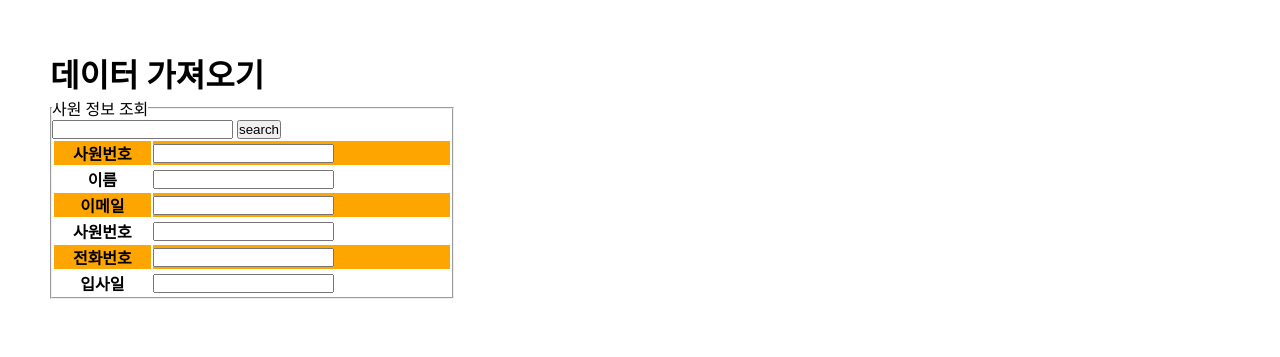
Repository: lafayetteey/WorkSpace
Page: workspace_jq_Ajax/UI_JQ_Ajax/WebContent/jq21_ajax.html
These files come from the project's save history. The page is drawn as it stood at one moment and after the next save; the edit follows.
The browser window is 1280 px wide. The pictures show the whole page.

Above is the page before, as saved 2020-06-22 08:15:35.

### workspace_jq_Ajax/UI_JQ_Ajax/WebContent/jq21_ajax.html
<!DOCTYPE html>
<html>
<head>
<meta charset="UTF-8">
<title>Insert title here</title>
	<style type="text/css">
		*{
			margin : 0px;
			padding: 0px;
		}
		table{width : 400px;}
		table tr:nth-child(odd){background-color : orange;}
		fieldset{width: 400px;}
		body{width:1000px; margin:50px;}
		inpit{width : 200px;'}
	</style>
</head>
<body>
	<h1>데이터 가져오기</h1>

	<fieldset>
		<legend>	사원 정보 조회 </legend>
		<input type="text" name="empid">
		<input type="button"  id="emp_search" value="search">
		<table>
			<tr>
				<th>사원번호</th>
				<td><input type="text" name="empNum"></td>
			</tr>
			<tr>
				<th>이름</th>
				<td><input type="text" name="empNum"></td>
			</tr>
			<tr>
				<th>이메일</th>
				<td><input type="text" name="empNum"></td>
			</tr>
			<tr>
				<th>사원번호</th>
				<td><input type="text" name="empNum"></td>
			</tr>
			<tr>
				<th>전화번호</th>
				<td><input type="text" name="empNum"></td>
			</tr>
			<tr>
				<th>입사일</th>
				<td><input type="text" name="empNum"></td>
			</tr>
		</table>
	</fieldset>
</body>
</html>

After the next save:
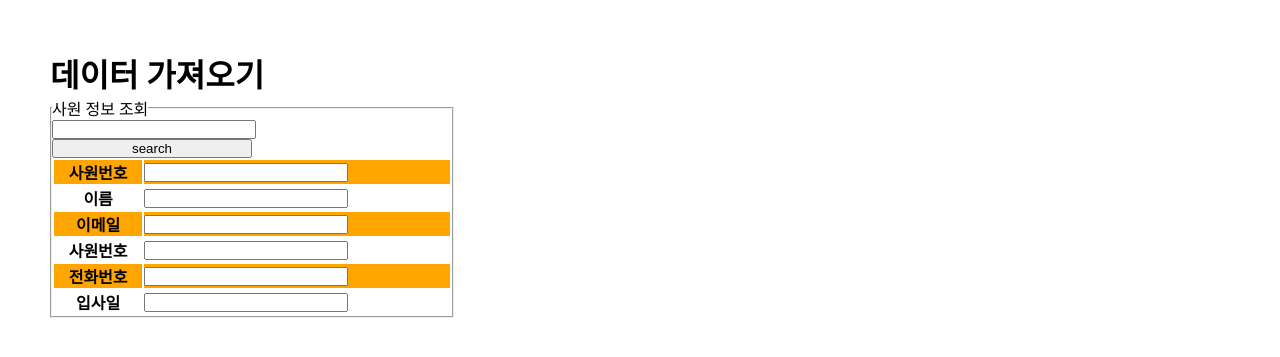
Saved 5 s later.
--- a/workspace_jq_Ajax/UI_JQ_Ajax/WebContent/jq21_ajax.html
+++ b/workspace_jq_Ajax/UI_JQ_Ajax/WebContent/jq21_ajax.html
@@ -12,7 +12,7 @@
 		table tr:nth-child(odd){background-color : orange;}
 		fieldset{width: 400px;}
 		body{width:1000px; margin:50px;}
-		inpit{width : 200px;'}
+		input{width : 200px;'}
 	</style>
 </head>
 <body>
